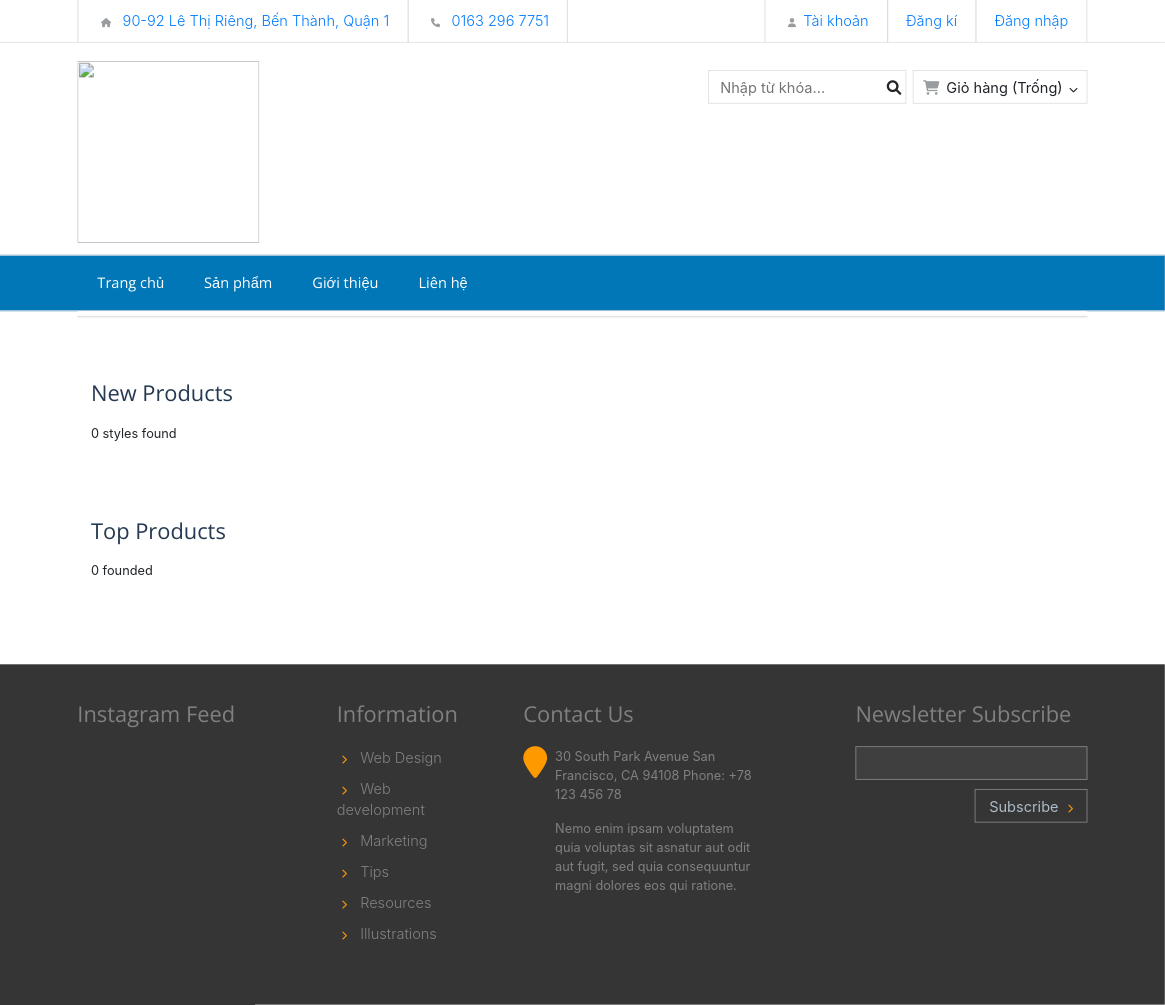
Repository: thidieu2005/Cake-Shop
Page: resources/views/page/trangchu.blade.php
An editor plug-in stored every save of this project. The page is shown before and after the next save, followed by the edit.
The browser window is 1280 px wide. The pictures show the whole page, at 91% of full size.
Some web fonts or font styles are not loaded; a fallback is used. Some web libraries are served in a nearby version. The page is served by the project's Laravel application, run on PHP 8.4 with Laravel 10. The database holds what the project's SQL file puts in it. The template is opened directly, without the code that normally fills it, so the values that code supplies are empty.

Above is the page before, as saved 2025-03-13 11:10:52.

After the next save:
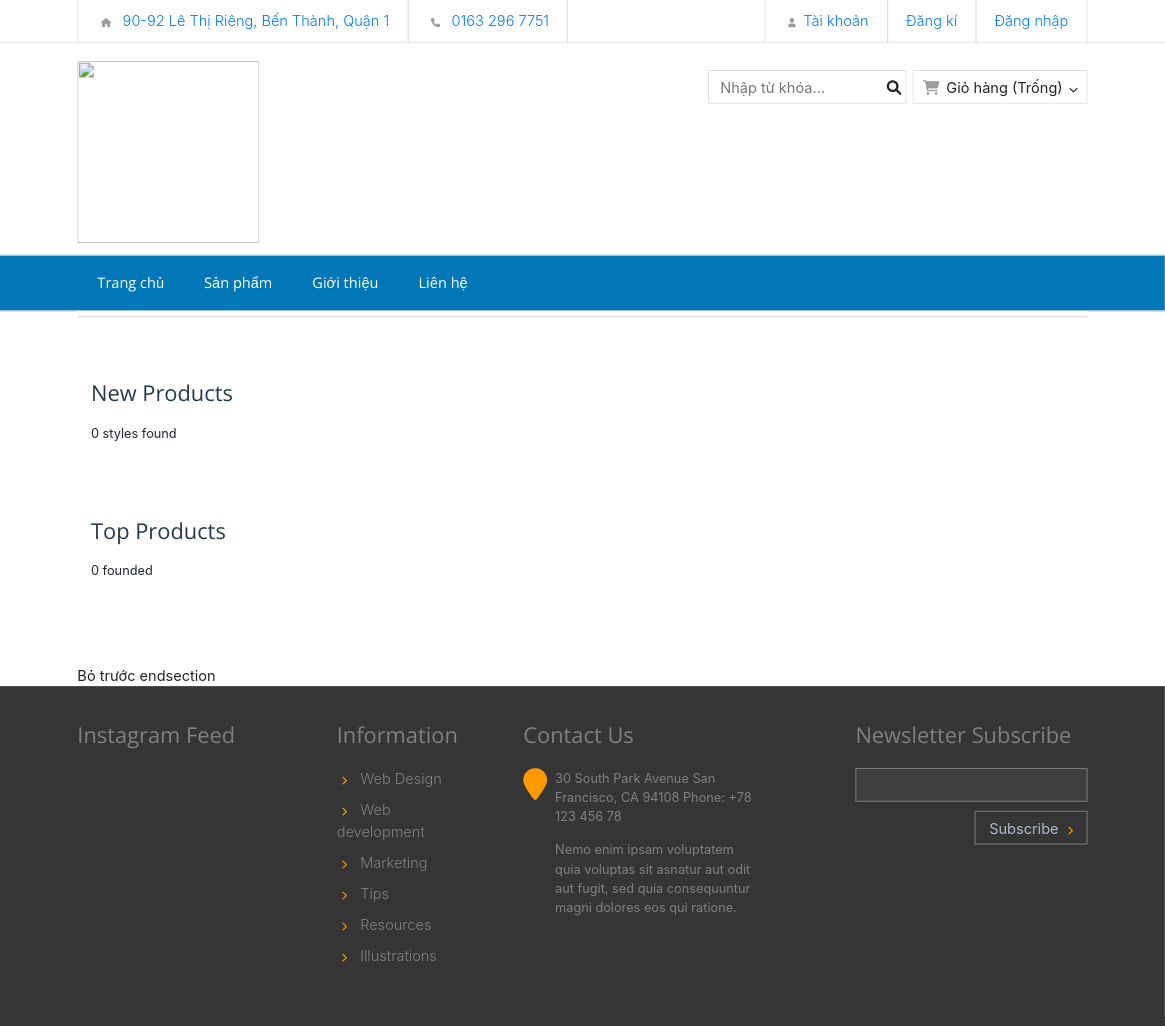
Console error: TypeError: Cannot read properties of undefined (reading 'style')
Saved 15 s later.
--- a/resources/views/page/trangchu.blade.php
+++ b/resources/views/page/trangchu.blade.php
@@ -155,5 +155,21 @@
         </div> <!-- .main-content -->
     </div> <!-- #content -->
 </div> <!-- .container -->
+<script>
+    document.addEventListener("DOMContentLoaded", function() {
+        let images = document.querySelectorAll(".slide-image");
+        let index = 0;
 
+        function showNextImage() {
+            images[index].style.display = "none";
+            index = (index + 1) % images.length;
+            images[index].style.display = "block";
+        }
+
+        setInterval(showNextImage, 4000);
+    });
+</script>
+
+
+Bỏ trước endsection
 @endsection
